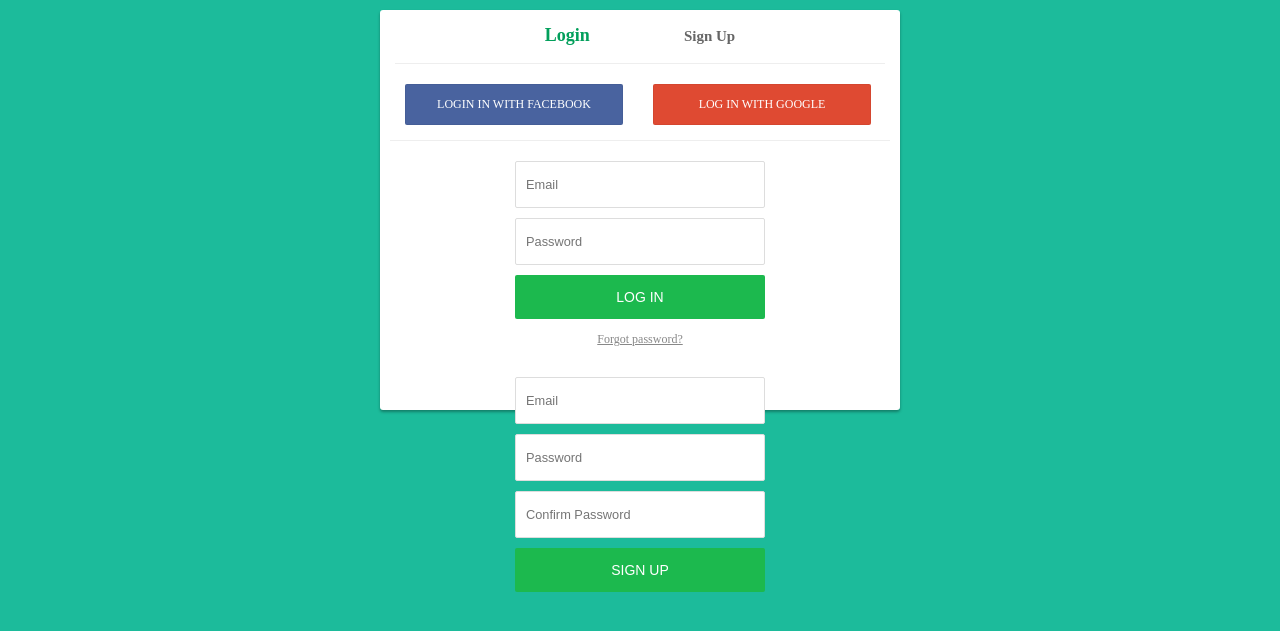
Repository: erengthb/AWS-Java-Servlet-Project
Page: http://localhost/Proje/Homepage.jsp
These files come from the project's save history. The page is drawn as it stood at one moment and after the next save; the edit follows.
The browser window is 1280 px wide. The pictures show the whole page.
The page is served by Tomcat 9. Other server files are loaded and not shown.

Above is the page before, as saved 2022-04-17 13:14:22.
Console error: ReferenceError: $ is not defined

### Proje/src/main/webapp/Homepage.jsp
<%@ page language="java" contentType="text/html; charset=ISO-8859-1"
    pageEncoding="ISO-8859-1"%>
<!DOCTYPE html>

<style>
body{
  background-color: #1cbb9b;
}
.login-box{
  position:relative;
  margin: 10px auto;
  width: 500px;
  height: 380px;
  background-color: #fff;
  padding: 10px;
  border-radius: 3px;
  -webkit-box-shadow: 0px 2px 3px 0px rgba(0,0,0,0.33);
-moz-box-shadow: 0px 2px 3px 0px rgba(0,0,0,0.33);
box-shadow: 0px 2px 3px 0px rgba(0,0,0,0.33);
}
.lb-header{
  position:relative;
  color: #00415d;
  margin: 5px 5px 10px 5px;
  padding-bottom:10px;
  border-bottom: 1px solid #eee;
  text-align:center;
  height:28px;
}
.lb-header a{
  margin: 0 25px;
  padding: 0 20px;
  text-decoration: none;
  color: #666;
  font-weight: bold;
  font-size: 15px;
  -webkit-transition: all 0.1s linear;
  -moz-transition: all 0.1s linear;
  transition: all 0.1s linear;
}
.lb-header .active{
  color: #029f5b;
  font-size: 18px;
}
.social-login{
  position:relative;
  float: left;
  width: 100%;
  height:auto;
  padding: 10px 0 15px 0;
  border-bottom: 1px solid #eee;
}
.social-login a{
  position:relative;
  float: left;
  width:calc(40% - 8px);
  text-decoration: none;
  color: #fff;
  border: 1px solid rgba(0,0,0,0.05);
  padding: 12px;
  border-radius: 2px;
  font-size: 12px;
  text-transform: uppercase;
  margin: 0 3%;
  text-align:center;
}
.social-login a i{
  position: relative;
  float: left;
  width: 20px;
  top: 2px;
}
.social-login a:first-child{
  background-color: #49639F;
}
.social-login a:last-child{
  background-color: #DF4A32;
}
.email-login,.email-signup{
  position:relative;
  float: left;
  width: 100%;
  height:auto;
  margin-top: 20px;
  text-align:center;
}
.u-form-group{
  width:100%;
  margin-bottom: 10px;
}
.u-form-group input[type="email"],
.u-form-group input[type="password"]{
  width: calc(50% - 22px);
  height:45px;
  outline: none;
  border: 1px solid #ddd;
  padding: 0 10px;
  border-radius: 2px;
  color: #333;
  font-size:0.8rem;
  -webkit-transition:all 0.1s linear;
  -moz-transition:all 0.1s linear;
  transition:all 0.1s linear;
}
.u-form-group input:focus{
  border-color: #358efb;
}
.u-form-group button{
  width:50%;
  background-color: #1CB94E;
  border: none;
  outline: none;
  color: #fff;
  font-size: 14px;
  font-weight: normal;
  padding: 14px 0;
  border-radius: 2px;
  text-transform: uppercase;
}
.forgot-password{
  width:50%;
  text-align: left;
  text-decoration: underline;
  color: #888;
  font-size: 0.75rem;
}

</style>




  <div class="login-box">
    <div class="lb-header">
      <a href="#" class="active" id="login-box-link">Login</a>
      <a href="#" id="signup-box-link">Sign Up</a>
    </div>
    <div class="social-login">
      <a href="#">
        <i class="fa fa-facebook fa-lg"></i>
        Login in with facebook
      </a>
      <a href="#">
        <i class="fa fa-google-plus fa-lg"></i>
        log in with Google
      </a>
    </div>
    <form class="email-login">
      <div class="u-form-group">
        <input type="email" placeholder="Email"/>
      </div>
      <div class="u-form-group">
        <input type="password" placeholder="Password"/>
      </div>
      <div class="u-form-group">
        <button>Log in</button>
      </div>
      <div class="u-form-group">
        <a href="#" class="forgot-password">Forgot password?</a>
      </div>
    </form>
    <form class="email-signup">
      <div class="u-form-group">
        <input type="email" placeholder="Email"/>
      </div>
      <div class="u-form-group">
        <input type="password" placeholder="Password"/>
      </div>
      <div class="u-form-group">
        <input type="password" placeholder="Confirm Password"/>
      </div>
      <div class="u-form-group">
        <button>Sign Up</button>
      </div>
    </form>
  </div>


<script>
$(".email-signup").hide();
$("#signup-box-link").click(function(){
  $(".email-login").fadeOut(100);
  $(".email-signup").delay(100).fadeIn(100);
  $("#login-box-link").removeClass("active");
  $("#signup-box-link").addClass("active");
});
$("#login-box-link").click(function(){
  $(".email-login").delay(100).fadeIn(100);;
  $(".email-signup").fadeOut(100);
  $("#login-box-link").addClass("active");
  $("#signup-box-link").removeClass("active");
});
</script>

After the next save:
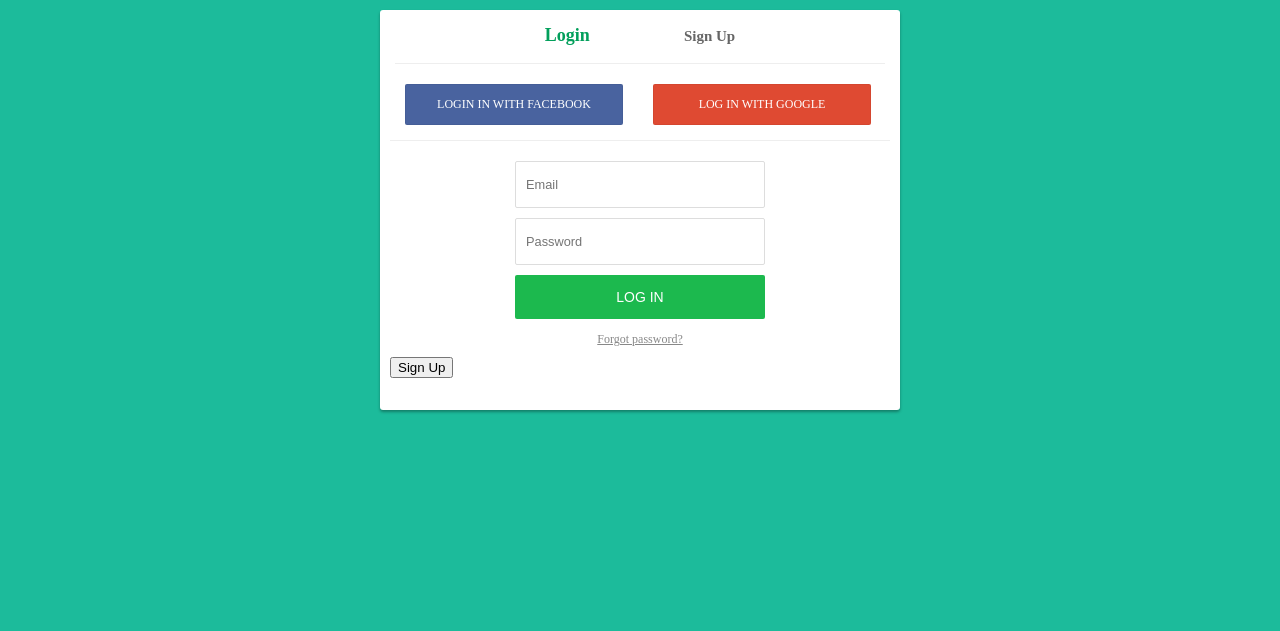
Saved 36 s later.
--- a/Proje/src/main/webapp/Homepage.jsp
+++ b/Proje/src/main/webapp/Homepage.jsp
@@ -159,17 +159,7 @@ box-shadow: 0px 2px 3px 0px rgba(0,0,0,0.33);
         <a href="#" class="forgot-password">Forgot password?</a>
       </div>
     </form>
-    <form class="email-signup">
-      <div class="u-form-group">
-        <input type="email" placeholder="Email"/>
-      </div>
-      <div class="u-form-group">
-        <input type="password" placeholder="Password"/>
-      </div>
-      <div class="u-form-group">
-        <input type="password" placeholder="Confirm Password"/>
-      </div>
-      <div class="u-form-group">
+
         <button>Sign Up</button>
       </div>
     </form>
